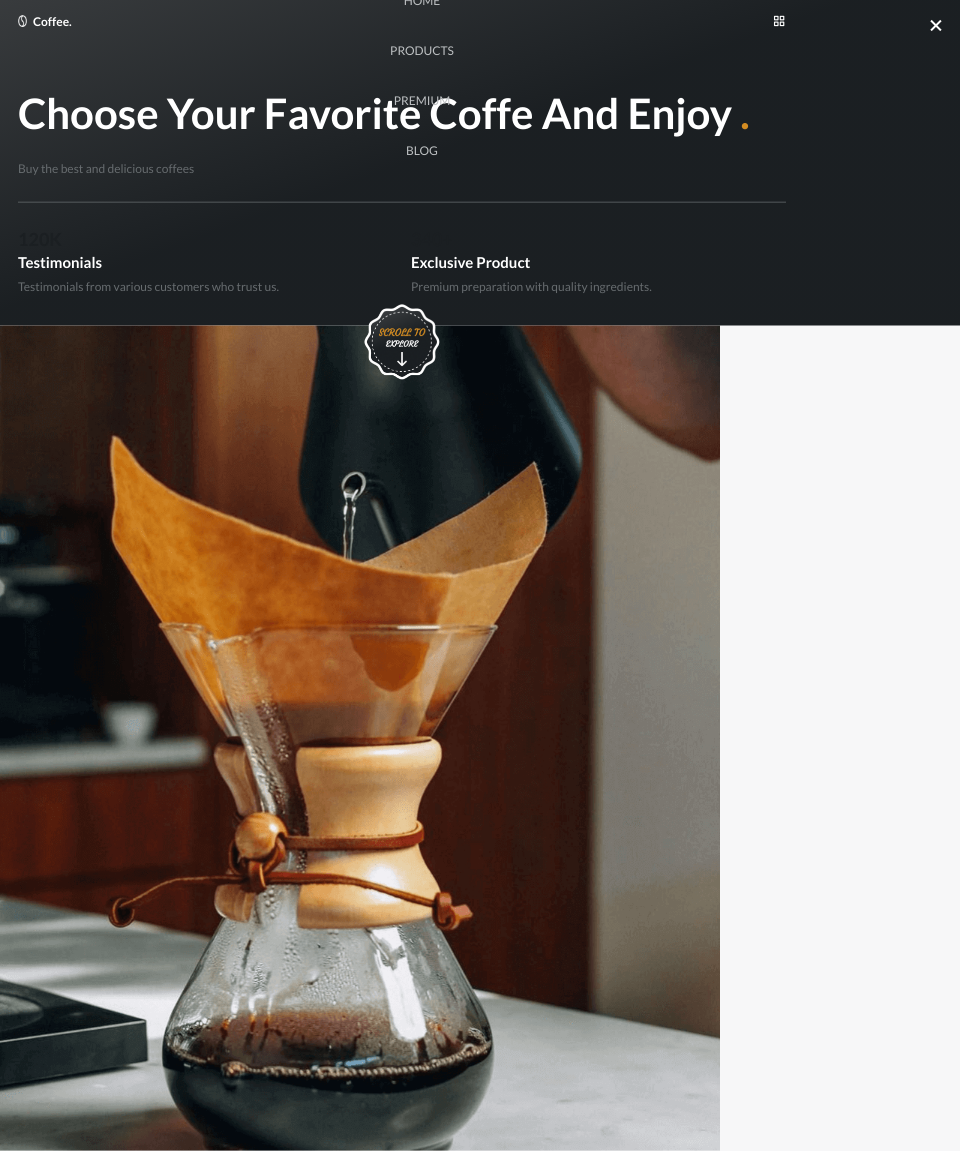
Repository: phong121020/coffee-responsive
Page: index.html
An editor plug-in stored every save of this project. The page is shown before and after the next save, followed by the edit.
The browser window is 1280 px wide. The pictures show the whole page, at 75% of full size.

Above is the page before, as saved 2022-03-06 18:42:48.

### index.html
<!DOCTYPE html>
<html lang="en">
  <head>
    <meta charset="UTF-8" />
    <meta http-equiv="X-UA-Compatible" content="IE=edge" />
    <meta name="viewport" content="width=device-width, initial-scale=1.0" />
    <!-- link -->
    <link rel="stylesheet" href="./assets/css/style.css" />
    <!-- favicon -->
    <link
      rel="shortcut icon"
      href="./assets/img/favicon.png"
      type="image/x-icon"
    />
    <title>Document</title>
    <!-- boxicon -->
    <link
      href="https://unpkg.com/boxicons@2.1.1/css/boxicons.min.css"
      rel="stylesheet"
    />
  </head>
  <body>
    <!-- HEADER -->
    <header class="header" id="header">
      <nav class="nav container">
        <a href="#" class="nav__logo">
          <img src="./assets/img/logo.png" alt="" class="nav__logo-img" />
          Coffee.
        </a>
        <div class="nav__menu" id="nav-menu">
          <ul class="nav__list">
            <li class="nav__item">
              <a href="#home" class="nav__link">Home</a>
            </li>
            <li class="nav__item">
              <a href="#products" class="nav__link">Products</a>
            </li>
            <li class="nav__item">
              <a href="#premium" class="nav__link">Premium</a>
            </li>
            <li class="nav__item">
              <a href="#blog" class="nav__link">Blog</a>
            </li>
          </ul>
          <div class="nav__close" id="nav-close">
            <i class="bx bx-x"></i>
          </div>
        </div>
        <!-- Toggle button -->
        <div class="nav__toggle" id="nav-toggle">
          <i class="bx bx-grid-alt"></i>
        </div>
      </nav>
    </header>
    <!-- MAIN -->
    <main>
      <!-- HOME -->
      <section class="home grid" id="home">
        <div class="home__container">
          <div class="home__content container">
            <h1 class="home__title">
              Choose Your Favorite Coffe And Enjoy <span>.</span>
            </h1>
            <p class="home__desc">Buy the best and delicious coffees</p>
            <div class="home__data">
              <div class="home__data-group">
                <h2 class="home__data-number">120K</h2>
                <h3 class="home__data-title">Testimonials</h3>
                <p class="home__data-desc">
                  Testimonials from various customers who trust us.
                </p>
              </div>
              <div class="home__data-group">
                <h2 class="home__data-number">340+</h2>
                <h3 class="home__data-title">Exclusive Product</h3>
                <p class="home__data-desc">
                  Premium preparation with quality ingredients.
                </p>
              </div>
            </div>
            <a href="#specialty">
              <img src="./assets/img/scroll.png" alt="" class="home__scroll" />
            </a>
          </div>
        </div>
        <img src="./assets/img/home.png" alt="" class="home__img" />
      </section>
      <!-- ESPECIALTY-->
    </main>
    <!-- JS -->
    <script src="./assets/js/app.js"></script>
  </body>
</html>

### assets/css/style.css
/*=============== GOOGLE FONTS ===============*/
@import url("https://fonts.googleapis.com/css2?family=Lato:wght@400;700&display=swap");

/*=============== VARIABLES CSS ===============*/
:root {
  --header-height: 3.5rem;

  /*========== Colors ==========*/
  --first-color: hsl(36, 72%, 48%);
  --first-color-alt: hsl(36, 72%, 44%);
  --black-color: hsl(206, 12%, 12%);
  --card-color: hsl(0, 0%, 90%);
  --title-color: hsl(206, 12%, 12%);
  --text-color: hsl(206, 4%, 42%);
  --text-color-light: hsl(206, 4%, 75%);
  --body-color: hsl(206, 4%, 97%);
  --container-color: #fff;

  /*========== Font and typography ==========*/
  --body-font: "Lato", sans-serif;
  --biggest-font-size: 2.25rem;
  --h1-font-size: 1.5rem;
  --h2-font-size: 1.25rem;
  --h3-font-size: 1rem;
  --normal-font-size: 0.938rem;
  --small-font-size: 0.813rem;
  --smaller-font-size: 0.75rem;

  /*========== Font weight ==========*/
  --font-bold: 700;

  /*========== z index ==========*/
  --z-tooltip: 10;
  --z-fixed: 100;
}

@media screen and (min-width: 968px) {
  :root {
    --biggest-font-size: 3.5rem;
    --h1-font-size: 2.25rem;
    --h2-font-size: 1.5rem;
    --h3-font-size: 1.25rem;
    --normal-font-size: 1rem;
    --small-font-size: 0.875rem;
    --smaller-font-size: 0.813rem;
  }
}

/*=============== BASE ===============*/
* {
  box-sizing: border-box;
  padding: 0;
  margin: 0;
}

html {
  scroll-behavior: smooth;
}

body {
  font-family: var(--body-font);
  font-size: var(--normal-font-size);
  background-color: var(--body-color);
  color: var(--text-color);
}

h1,
h2,
h3 {
  color: var(--title-color);
  font-weight: var(--font-bold);
}

h1,
h2,
h3,
p {
  line-height: 140%;
}

ul {
  list-style: none;
}

a {
  text-decoration: none;
}

img {
  max-width: 100%;
  height: auto;
}

button {
  border: none;
  outline: none;
  cursor: pointer;
}

/*=============== REUSABLE CSS CLASSES ===============*/
.container {
  max-width: 1024px;
  margin-left: 1.5rem;
  margin-right: 1.5rem;
}

.grid {
  display: grid;
  gap: 1.5rem;
}

.section {
  padding: 4.5rem 0 2rem;
}

.section__title {
  position: relative;
  font-size: var(--h1-font-size);
  padding-left: 1.25rem;
  margin-bottom: 2.5rem;
}

.section__title::before {
  content: "";
  position: absolute;
  top: 8px;
  left: 0;
  width: 3px;
  height: 20px;
  background-color: var(--first-color);
}

/* HEADER & NAV */
.header {
  width: 100%;
  background-color: transparent;
  position: fixed;
  top: 0;
  left: 0;
  right: 0;
  z-index: var(--z-fixed);
}
.nav {
  height: var(--header-height);
  display: flex;
  justify-content: space-between;
  align-items: center;
}
.nav__logo,
.nav__toggle {
  color: #fff;
}
.nav__logo {
  display: flex;
  align-items: center;
  justify-content: center;
  column-gap: 0.5rem;
  font-weight: var(--font-bold);
}
.nav__logo-img {
  width: 0.75rem;
}
.nav__toggle {
  display: inline-flex;
  font-size: 1.15rem;
  cursor: pointer;
}

@media screen and (max-width: 767px) {
  .nav__menu {
    position: fixed;
    top: 0;
    right: -100%;
    background-color: var(--black-color);
    width: 100%;
    height: 100%;
    transition: 0.3s;
  }
  .nav__menu.is-show {
    right: 0;
  }
}
.nav__list {
  display: flex;
  flex-direction: column;
  text-align: center;
  row-gap: 3rem;
  padding-top: 9rem;
}
.nav__link {
  text-transform: uppercase;
  color: var(--text-color-light);
  transition: 0.3s;
}
.nav__link:hover {
  color: #fff;
}
.nav__close {
  font-size: 2rem;
  position: absolute;
  top: 1rem;
  right: 1rem;
  color: #fff;
  cursor: pointer;
}
/* HOME */
.home {
  gap: 0;
}
.home__container {
  padding: 7rem 0 2.5rem;
  background: linear-gradient(
    160deg,
    hsla(206, 4%, 24%, 1) -4%,
    hsla(206, 12%, 12%, 1) 46%
  );
}
.home__content {
  position: relative;
}
.home__title,
.home__data-title {
  color: #fff;
}
.home__title {
  font-size: var(--biggest-font-size);
  margin-bottom: 1.5rem;
}
.home__title span {
  color: var(--first-color);
}
.home__desc {
  margin-bottom: 2rem;
}
.home__data {
  border-top: 1px solid var(--text-color);
  padding-top: 2rem;
  display: grid;
  grid-template-columns: repeat(2, 1fr);
  column-gap: 1.5rem;
}
.home__data-title {
  font-size: var(--h3-font-size);
  margin-bottom: 0.5rem;
}
.home__scroll {
  position: absolute;
  width: 100px;
  bottom: -7rem;
  left: 0;
  right: 0;
  margin: 0 auto;
  animation: scroll 3s infinite;
}
/* SCROLL IMAGE ANIMATE */
@keyframes scroll {
  0% {
    transform: translateY(0);
  }
  50% {
    transform: translateY(-0.5rem);
  }
  100% {
    transform: translateY(0);
  }
}
/* CHANGE BACKGROUND HEADER */
.scroll-header {
  background-color: var(--body-color);
  box-shadow: 0 1px 4px hsla(0, 4%, 15%, 0.1);
}
.scroll-header .nav__logo,
.scroll-header .nav__toggle {
  color: var(--title-color);
}
.scroll-header .nav__logo-img {
  mix-blend-mode: difference;
}

### assets/js/app.js
// SHOW MENU
const navToggle = document.querySelector(".nav__toggle");
const navMenu = document.querySelector(".nav__menu");
const navClose = document.querySelector(".nav__close");
const navItem = document.querySelectorAll(".nav__item");
// MENU SHOW
if (navToggle) {
  navToggle.addEventListener("click", function () {
    navMenu.classList.add("is-show");
  });
}
//  MENU HIDDEN
if (navClose) {
  navClose.addEventListener("click", function () {
    navMenu.classList.remove("is-show");
  });
}
// REMOVE MENU MOBILE
[...navItem].forEach((item) =>
  item.addEventListener("click", function () {
    navMenu.classList.remove("is-show");
  })
);
//CHANGE BACKGROUND HEADER
function scrollHeader() {
  const header = document.getElementById("header");
  // When the scroll is greater than 50 viewport height, add the scroll-header class to the header tag
  if (this.scrollY >= 50) {
    header.classList.add("scroll-header");
    // console.log(this);
  } else header.classList.remove("scroll-header");
}
window.addEventListener("scroll", scrollHeader);

After the next save:
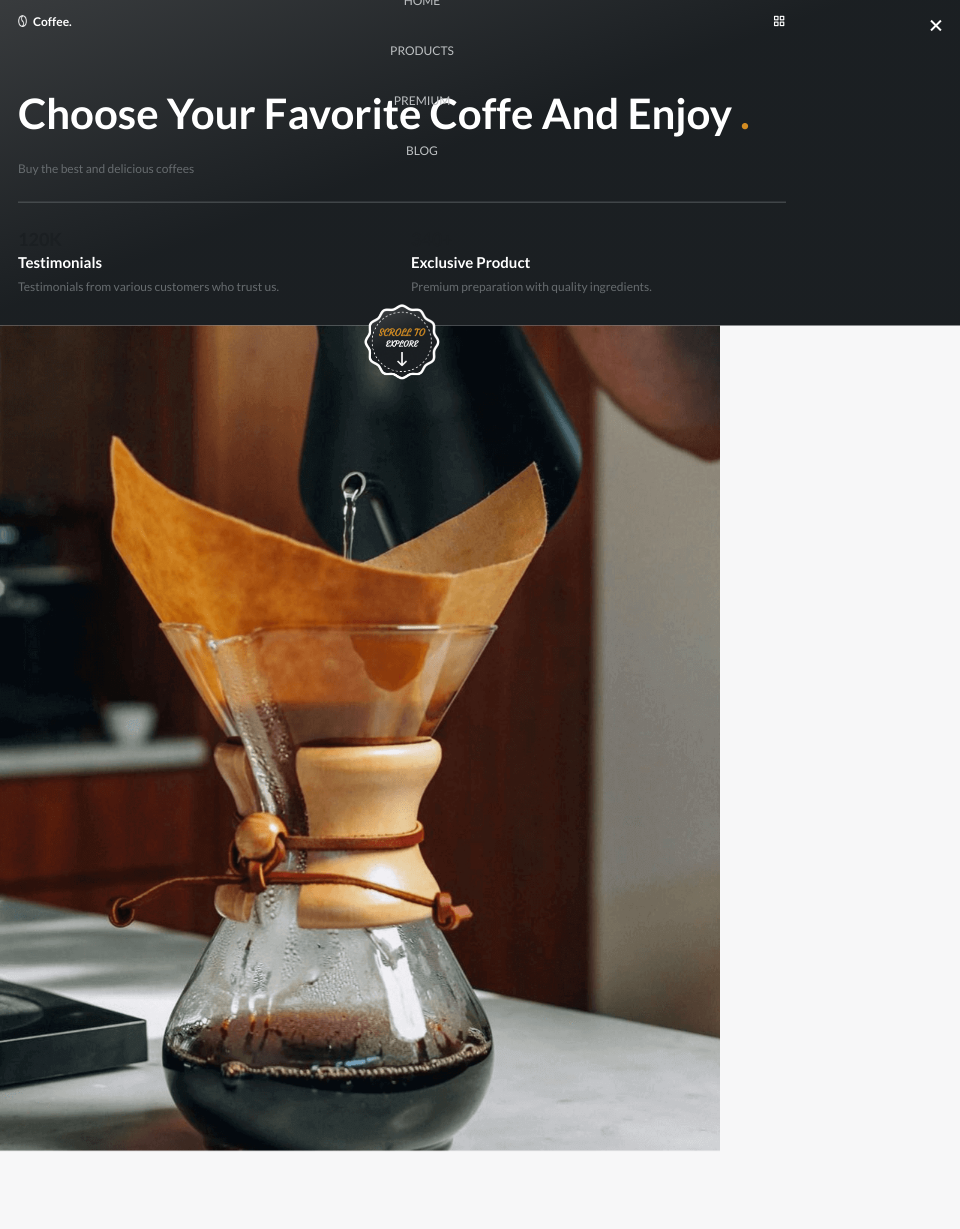
Saved 32 s later.
--- a/index.html
+++ b/index.html
@@ -86,6 +86,7 @@
         <img src="./assets/img/home.png" alt="" class="home__img" />
       </section>
       <!-- ESPECIALTY-->
+      <div class="specialty section container"></div>
     </main>
     <!-- JS -->
     <script src="./assets/js/app.js"></script>
